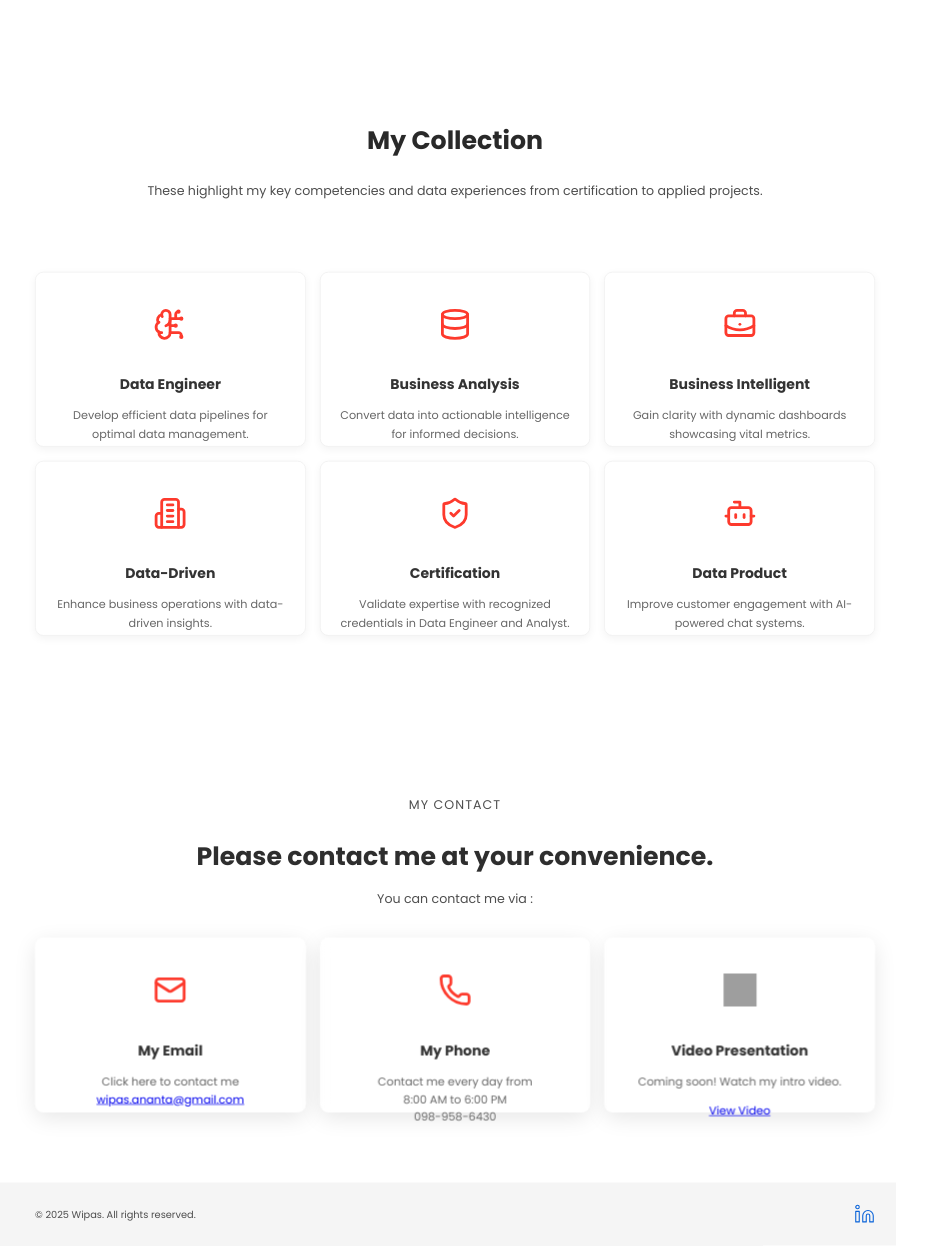
Repository: Wipas1919/Archive-portfolio
Page: index.html
The author's editor kept a copy of each file at every save. The page is drawn from the files as they stood at one save, then again after the next save.
The browser window is 1280 px wide. The page is 1328 px wide, so the pictures cover 1328 px, including what lies to the right of the window. The pictures show the part of the page from y = 1505 to 3345 px (the page is 3285 px tall before and 3345 px after), at 70% of full size.
Pictures or frames that could not be fetched are drawn as grey boxes.

Above is the page before, as saved 2025-05-26 21:28:30.

### index.html
<!-- Cleaned and updated on 2025-05-25 -->
<!DOCTYPE html>
<html lang="en">
 <head>
  <meta charset="utf-8"/>
  <meta content="width=device-width, initial-scale=1.0" name="viewport"/>
  <title>Wipas | Portfolio</title>

  <!-- SEO Meta Tags -->
  <meta name="description" content="Data-driven portfolio by Wipas Anantamongkol - showcasing skills in data engineering, analytics, and business intelligence.">
  <meta name="keywords" content="portfolio, data, analytics, business intelligence, data engineer, Wipas">
  <meta name="author" content="Wipas Anantamongkol">
  <meta name="robots" content="index, follow">
  <link rel="canonical" href="https://wipas1919.github.io/wipas-portfolio/">

  <!-- Fonts -->
  <link href="https://fonts.googleapis.com/css2?family=Poppins:wght@400;600;700&display=swap" rel="stylesheet"/>

  <!-- CSS -->
  <link href="style/main.css" rel="stylesheet"/>
  <link href="style/animations.css" rel="stylesheet"/>
  <link href="https://cdn.jsdelivr.net/npm/aos@2.3.4/dist/aos.css" rel="stylesheet"/>
  <link href="https://cdnjs.cloudflare.com/ajax/libs/animate.css/4.1.1/animate.min.css" rel="stylesheet"/>
  <link href="https://cdn.jsdelivr.net/npm/swiper@10/swiper-bundle.min.css" rel="stylesheet"/>

  <!-- Lottie -->
  <script src="https://unpkg.com/@lottiefiles/lottie-player@latest/dist/lottie-player.js"></script>

  <!-- Copy Protection Script -->
  <script>
    document.addEventListener("contextmenu", e => e.preventDefault());
    document.onkeydown = function(e) {
      if (e.key === "F12" ||
          (e.ctrlKey && e.shiftKey && (e.key === "I" || e.key === "J")) ||
          (e.ctrlKey && e.key === "U")) {
        return false;
      }
    };
    document.addEventListener("selectstart", e => e.preventDefault());
  </script>

  <!-- Google Analytics (replace G-XXXXXXX with actual ID) -->
<!-- Google tag (gtag.js) -->
  <script async src="https://www.googletagmanager.com/gtag/js?id=G-NG75M74LFD"></script>
  <script>
    window.dataLayer = window.dataLayer || [];
    function gtag(){dataLayer.push(arguments);}
    gtag('js', new Date());

    gtag('config', 'G-NG75M74LFD');
  </script>
  </head>
 <body>
  <!-- ... rest of body content remains unchanged ... -->
  <div id="page-loader">
   <div class="spinner">
   </div>
  </div>
  <!-- Navbar -->
  <!-- /* ───── HEADER SECTION ───── */ -->
  <header>
   <div class="container">
    <h1 class="logo">
     Portfolio
    </h1>
    <nav class="nav-right">
     <a href="#hero">
      Home
     </a>
     <a href="#about">
      About
     </a>
     <a href="#contact">
      Contact
     </a>
     <div class="dropdown-wrapper">
      <a class="dropbtn" href="#">
       Collection
      </a>
      <div class="dropdown-content">
       <a href="projects/data-engineer.html">
        Data Engineer
       </a>
       <a href="projects/business-analysis.html">
        Business Analysis
       </a>
       <a href="projects/bi-solutions.html">
        Business Intelligent
       </a>
       <a href="projects/strategic-data.html">
        Data-Driven
       </a>
       <a href="projects/cloud-cert.html">
        Certification
       </a>
       <a href="projects/data-integration.html">
        Data Product
       </a>
      </div>
     </div>
    </nav>
   </div>
  </header>
  <!-- Hero Section -->
  <section class="hero" id="hero">
   <div class="container hero-content">
    <div class="hero-text">
     <h2 class="rellax" data-rellax-speed="-2">
      THE SPACE FOR SHARING MY DATA PROJECTS
     </h2>
     <p class="rellax" data-rellax-speed="-1">
      Data Generalist | Portfolio Website
     </p>
     <a class="btn" href="#projects">
      View Highlights
     </a>
    </div>
    <div class="hero-animation">
     <lottie-player autoplay="" background="transparent" loop="" speed="1" src="animation_data.json" style="width: 500px; height: 500px;">
     </lottie-player>
    </div>
   </div>
  </section>
  <!-- About Section -->
  <section class="about" id="about">
   <div class="container about-grid">
    <div class="about-image" data-aos="fade-right">
     <img alt="Wipas Profile Photo" src="images/profile.jpg"/>
    </div>
    <div class="about-text" data-aos="fade-left" data-aos-delay="100">
     <h2>
      About Me
     </h2>
     <p>
      My name is Wipas Anantamongkol (Frong),
      <br/>
      a passionate person about data, insights, and creating meaningful solutions. This is a little story about my journey.
     </p>
     <div class="timeline">
      <div class="timeline-item" data-aos="fade-up" data-aos-delay="300">
       <div class="timeline-dot">
       </div>
       <div class="timeline-content">
        <h4>
         2025 - Present
        </h4>
        <p>
         Business Analytics Officer
         <br/>
         at N.C.C Management and Development (QSNCC)
        </p>
       </div>
      </div>
      <div class="timeline-item" data-aos="fade-up" data-aos-delay="400">
       <div class="timeline-dot">
       </div>
       <div class="timeline-content">
        <h4>
         2022 - 2024
        </h4>
        <p>
         Project Coordinator - Design Solutions.
         <br/>
         at stiid co. ltd
        </p>
       </div>
      </div>
      <div class="timeline-item" data-aos="fade-up" data-aos-delay="500">
       <div class="timeline-dot">
       </div>
       <div class="timeline-content">
        <h4>
         2018 - 2022
        </h4>
        <p>
         Graduated in Business Administration from
         <br/>
         King Mongkut University of Technology North Bangkok.
        </p>
       </div>
      </div>
     </div>
    </div>
   </div>
  </section>

  <!-- Projects Section -->
  <section class="projects" id="projects">
   <div class="container" data-aos="fade-up">
    <h2>My Collection</h2>
    <p class="section-description">
     These highlight my key competencies and data experiences from certification to applied projects.
    </p>

    <div class="card-grid card-grid--projects">
     <div class="card card--project" data-aos="zoom-in" data-aos-delay="100" onclick="location.href='projects/data-engineer.html'">
       <div class="card__icon">
         <img src="images/brain-circuit.svg" alt="Data Engineer Icon">
       </div>
       <h3>Data Engineer</h3>
       <p>Develop efficient data pipelines for optimal data management.</p>
     </div>
     <div class="card card--project" data-aos="zoom-in" data-aos-delay="200" onclick="location.href='projects/business-analysis.html'">
       <div class="card__icon">
         <img src="images/database.svg" alt="Business Analysis Icon">
       </div>
       <h3>Business Analysis</h3>
       <p>Convert data into actionable intelligence for informed decisions.</p>
     </div>
     <div class="card card--project" data-aos="zoom-in" data-aos-delay="300" onclick="location.href='projects/bi-solutions.html'">
       <div class="card__icon">
         <img src="images/layout-dashboard.svg" alt="Business Intelligent Icon">
       </div>
       <h3>Business Intelligent</h3>
       <p>Gain clarity with dynamic dashboards showcasing vital metrics.</p>
     </div>
     <div class="card card--project" data-aos="zoom-in" data-aos-delay="400" onclick="location.href='projects/strategic-data.html'">
       <div class="card__icon">
         <img src="images/building-2.svg" alt="Data-Driven Icon">
       </div>
       <h3>Data-Driven</h3>
       <p>Enhance business operations with data-driven insights.</p>
     </div>
     <div class="card card--project" data-aos="zoom-in" data-aos-delay="500" onclick="location.href='projects/cloud-cert.html'">
       <div class="card__icon">
         <img src="images/shield-check.svg" alt="Certification Icon">
       </div>
       <h3>Certification</h3>
       <p>Validate expertise with recognized credentials in Data Engineer and Analyst.</p>
     </div>
     <div class="card card--project" data-aos="zoom-in" data-aos-delay="600" onclick="location.href='projects/data-integration.html'">
       <div class="card__icon">
         <img src="images/bot.svg" alt="Data Product Icon">
       </div>
       <h3>Data Product</h3>
       <p>Improve customer engagement with AI-powered chat systems.</p>
     </div>
    </div>

   </div>
  </section>

  <!-- Contact Section -->
  <section class="contact" id="contact">
   <div class="container" data-aos="fade-up">
    <p class="section-subtitle">MY CONTACT</p>
    <h2 class="section-title">Please contact me at your convenience.</h2>
    <p class="section-description">You can contact me via :</p>

    <div class="card-grid card-grid--contact">
     <div class="card card--glass" data-aos="zoom-in" data-aos-delay="100">
       <div class="card__icon">
         <img src="images/mail.svg" alt="Email Icon">
       </div>
       <h3>My Email</h3>
       <p>
        Click here to contact me<br/>
        <a href="mailto:wipas.ananta@gmail.com">wipas.ananta@gmail.com</a>
       </p>
     </div>
     <div class="card card--glass" data-aos="zoom-in" data-aos-delay="200">
       <div class="card__icon">
         <img src="images/phone.svg" alt="Phone Icon">
       </div>
       <h3>My Phone</h3>
       <p>
        Contact me every day from<br/>
        8:00 AM to 6:00 PM<br/>
        098-958-6430
       </p>
     </div>
     <div class="card card--glass" data-aos="zoom-in" data-aos-delay="300">
       <div class="card__icon">
         <img src="images/video.svg" alt="Video Icon">
       </div>
       <h3>Video Presentation</h3>
       <p>Coming soon! Watch my intro video.</p>
       <p><a href="#" target="_blank">View Video</a></p>
     </div>
    </div>

   </div>
  </section>

  <!-- Footer -->
  <!-- /* ───── FOOTER SECTION ───── */ -->
  <footer>
   <div class="container footer-container">
    <p>
     © 2025 Wipas. All rights reserved.
    </p>
    <div class="social-links">
     <a href="https://www.linkedin.com/" target="_blank">
      <img alt="LinkedIn" src="images/linkedin.svg"/>
     </a>
    </div>
   </div>
  </footer>
  <!-- Scripts -->
  <script src="https://unpkg.com/aos@next/dist/aos.js">
  </script>
  <script>
   AOS.init({
      duration: 1000,
      once: true,
      easing: 'ease-in-out',
    });
  </script>
  <script defer="" src="scripts/main.js">
  </script>
 </body>
</html>

### style/main.css
/* ตั้งค่าพื้นฐาน */
body {
  margin: 0;
  font-family: 'Poppins', sans-serif;
  background: #fff;
  color: #222;
  line-height: 1.6;
  scroll-behavior: smooth;
  user-select: none;
  -webkit-user-select: none;
  -ms-user-select: none;
}

img {
  max-width: 100%;
  height: auto;
  display: block;
}

.container {
  width: 100%;
  max-width: 1200px;
  margin: 0 auto;
  padding: 0 50px; /* เพิ่ม padding ด้านข้าง */
}

@media screen and (max-width: 767px) {
  .container { padding: 0 16px; }
  .hero h2 { font-size: 36px; }
  .hero p { font-size: 18px; }
  .card-grid { grid-template-columns: 1fr; }
  nav a { font-size: 14px; }
  .hero-content { flex-direction: column; }
  .about-image img { width: 100%; }
}

@media screen and (min-width: 768px) and (max-width: 1024px) {
  .hero h2 { font-size: 48px; }
  .card-grid { grid-template-columns: repeat(2, 1fr); }
}

@media screen and (max-width: 480px) {
  h2, .section-title { font-size: 28px; }
  .hero h2 { font-size: 28px; }
  .hero p, .section-description, .about-text p, .card p { font-size: 16px; }
  .btn { padding: 10px 20px; font-size: 16px; }
}

/* Navbar */
header {
  background: #fff;
  padding: 5px 0;
  display: flex;
  justify-content: space-between;
  align-items: center;
  border-bottom: 0px solid #eee;
  position: sticky;
  top: 0;
  z-index: 100;
}

header .container {
  display: flex;
  align-items: center;
  justify-content: space-between;
}

.logo {
  font-family: 'Poppins', serif;
  font-size: 30px;
  color: #fc5246;
}

nav a {
  margin: 0 15px;
  color: #333;
  text-decoration: none;
  font-weight: 600;
  font-size: 18px;
}

nav a:hover {
  color: #fd3a2d;
}

/* ปุ่มหลักของเมนู dropdown */
.dropdown-wrapper {
  position: relative;
  display: inline-block;
}

.dropbtn {
  font-weight: 600;
  cursor: pointer;
  color: #222;
  transition: color 0.3s ease;
}

.dropbtn:hover {
  color: #fd3a2d;
}

/* เมนูที่แสดงเมื่อ hover */
.dropdown-content {
  display: none;
  position: absolute;
  top: 100%;
  right: 0;
  background-color: #ffffff;
  min-width: 220px;
  border-radius: 12px;
  box-shadow: 0 10px 25px rgba(0, 0, 0, 0.08);
  overflow: hidden;
  padding: 10px 0;
  z-index: 999;
}

/* แสดงเมื่อ hover */
.dropdown-wrapper:hover .dropdown-content {
  display: block;
}

/* ลิงก์ใน dropdown */
.dropdown-content a {
  display: block;
  padding: 12px 20px;
  color: #222;
  text-decoration: none;
  font-size: 15px;
  transition: background-color 0.2s ease, color 0.2s ease;
}

/* Hover effect ของลิงก์ */
.dropdown-content a:hover {
  background-color: #eaeaea;
  color: #fd3a2d;
}

.hero-animation {
  margin-top: 10px;
  display: flex;
  justify-content: right;
}

/* Hero Section */
.hero {
  position: relative;
  height: 60vh;
  display: flex;
  align-items: center;
  justify-content: center;
  flex-direction: column;
  text-align: center;
  background: #eaeaea;
  color: #000000;
}

#hero-background {
  position: absolute;
  top: 0;
  left: 0;
  width: 100%;
  height: 100%;
  z-index: 0;
}

.hero-content {
  position: relative;
  z-index: 1;
  width: 100%;
  max-width: 1200px;
  padding-left: 5vw;
  padding-right: 5vw;
  text-align: left;
  align-items: flex-start;
}

.hero h2 {
  font-size: 60px;
  margin-bottom: 10px;
  line-height: 1.2;
}

.hero p {
  font-size: 30px;
  margin-bottom: 30px;
  color: #1d1d1d;
}

.btn, .hero .btn {
  display: inline-block;
  background: #fd3a2d;
  color: #fff;
  padding: 14px 36px;
  border-radius: 30px;
  text-decoration: none;
  font-weight: bold;
  font-size: 18px;
  transition: background 0.3s;
}

.btn:hover, .hero .btn:hover {
  background: #252525;
}

/* Sections */
section {
  padding: 100px 0;
  text-align: center;
}

/* About Section */
.about-grid {
  display: flex;
  align-items: center;
  justify-content: center;
  gap: 50px;
  flex-wrap: wrap;
}

.about-image img {
  width: 500px;
  height: auto;
  object-fit: cover;
  border-top-left-radius: 0;
  border-top-right-radius: 0;
  border-bottom-left-radius: 200px;
  border-bottom-right-radius: 200px;
}

.about-text {
  max-width: 500px;
  text-align: left;
}

.about-text h2 {
  margin-bottom: 20px;
}

.about-text p {
  font-size: 18px;
  color: #666;
}

/* Timeline */
.timeline-item {
  position: relative;
  margin-bottom: 30px;
}

.timeline-dot {
  width: 14px;
  height: 14px;
  background-color: #fd3a2d;
  border-radius: 50%;
  position: absolute;
  left: -8px;
  top: 0;
}

.timeline-content {
  margin-left: 20px;
}

.timeline-content h4 {
  margin: 0;
  font-size: 18px;
  color: #333;
  font-weight: 600;
}

.timeline-content p {
  margin: 5px 0 0;
  font-size: 16px;
  color: #666;
}

/* Projects Section */
#projects {
  margin-bottom: 10px;
}

.card-grid {
  display: grid;
  grid-template-columns: repeat(3, 1fr); /* สำคัญ: 3 คอลัมน์ */
  gap: 20px;
  margin-top: 100px;
}


.card {
  background: #ffffff;
  padding: 30px;
  border-radius: 12px;
  max-height: 200px;
  text-align: center;
  transition: box-shadow 0.3s;
  border: 1px solid #eee;
}

.card:hover {
  box-shadow: 0 8px 20px rgba(0, 0, 0, 0.1);
}

.card-icon img {
  width: 40px;
  height: 40px;
  margin-bottom: 20px;
}

.card h3 {
  font-size: 20px;
  margin-bottom: 15px;
  color: #333;
}

.card p {
  font-size: 16px;
  color: #666;
}

/* Contact Section */
.contact {
  background: rgba(255, 255, 255, 0.5); /* 1 = โปร่งแสง 50% */
  text-align: center;
}

.section-subtitle {
  text-transform: uppercase;
  font-size: 18px;
  letter-spacing: 1.5px;
  color: #4e4e4e;
  margin-bottom: 10px;
}

h2 {
  font-size: 36px;
  color: #292929
}


.section-title {
  font-size: 36px;
  margin-bottom: 10px;
  color: #2e2e2e;
}

.section-description {
  font-size: 18px;
  margin-bottom: 40px;
  color: #4e4e4e;
}

.contact-grid {
  display: grid;
  grid-template-columns: repeat(auto-fit, minmax(280px, 1fr));
  gap: 20px;
  margin-top: 40px;
}

.contact-card.glass {
  background: rgba(255, 255, 255, 0.15);
  backdrop-filter: blur(12px);
  -webkit-backdrop-filter: blur(12px);
  border-radius: 20px;
  padding: 24px;
  border: 1px solid rgba(255, 255, 255, 0.3);
  box-shadow: 0 8px 32px rgba(0, 0, 0, 0.1);
  transition: transform 0.3s ease, box-shadow 0.3s ease;
  text-align: center;
}

.contact-card.glass:hover {
  transform: scale(1.05);
  box-shadow: 0 12px 28px rgba(0, 0, 0, 0.15);
}

.contact-icon {
  display: flex;
  flex-direction: column;
  align-items: center;
  justify-content: center; /* 🔥 เพิ่มบรรทัดนี้เพื่อจัดไอคอนแนวดิ่ง */
  height: 100px; /* ✅ ปรับความสูงให้เหมาะสม */
  margin-bottom: 12px;
}


.contact-icon img {
  width: 48px;
  height: 48px;
  margin-bottom: 12px;
  transition: transform 0.3s ease;
}

.contact-card.glass:hover .contact-icon img {
  transform: scale(1.15);
}

/* Footer */
footer {
  background: #f5f5f5;
  padding: 20px 0;
  font-size: 14px;
  color: #4d4d4d;
}

.footer-container {
  display: flex;
  justify-content: space-between;
  align-items: center;
  flex-wrap: wrap;
}

.social-links {
  display: flex;
  gap: 20px;
}

.social-links a img {
  width: 30px;
  height: 30px;
  transition: transform 0.3s ease;
}

.social-links a img:hover {
  transform: scale(1.2);
}

#hero-background {
  position: absolute;
  top: 0;
  left: 0;
  height: 100%;
  width: 100%;
  z-index: 0;
  overflow: hidden;
}
.hero-content {
  position: relative;
  z-index: 1;
}

/* animation-data */
.hero-content {
  display: flex;
  justify-content: space-between;
  align-items: center;
  flex-wrap: wrap;
  gap: 40px;
}

.hero-text {
  flex: 1 1 55%;
}

.hero-animation {
  flex: 1 1 40%;
  display: flex;
  justify-content: center;
  align-items: center;
}

/* ===== Page Loader & Smooth Scroll ===== */
html{scroll-behavior:smooth;}

#page-loader{
  position:fixed;inset:0;display:grid;place-items:center;
  background:#ffffff;z-index:9999;opacity:1;
  transition:opacity .0.5s ease;
}
#page-loader .spinner{
  width:32px;height:32px;border:4px solid #e5e5e5;
  border-top-color:#ff694b;border-radius:50%;
  animation:spin .8s linear infinite;
}
@keyframes spin{to{transform:rotate(360deg)}}

body.loaded #page-loader{opacity:0;pointer-events:none;}
body.fade-out{opacity:0;transition:opacity .0.5s ease;}

@keyframes hideLoaderFallback{to{opacity:0;pointer-events:none;}}
#page-loader{animation:hideLoaderFallback 0.5s forwards 0.5s;}



/* ====  Reusable Card Component  ================================== */
.card {
  background: #ffffff;
  border: 1px solid #eee;
  border-radius: 12px;
  padding: 24px;
  text-align: center;
  box-shadow: 0 4px 12px rgba(0,0,0,.05);
  transition: transform .3s ease, box-shadow .3s ease;
}
.card:hover {
  transform: translateY(-6px);
  box-shadow: 0 12px 25px rgba(0,0,0,.1);
}

.card__icon{
  display:flex;
  flex-direction:column;
  align-items:center;
  justify-content:center;
  height:100px;
  margin-bottom:12px;
}
.card__icon img{
  width:48px;
  height:48px;
  transition: transform .3s ease;
}
.card:hover .card__icon img{
  transform:scale(1.15);
}

/* Variant – project card (clickable) */
.card--project{cursor:pointer;}

/* Variant – glassmorphism contact card */
.card--glass{
  background: rgba(255,255,255,.15);
  backdrop-filter: blur(12px);
  -webkit-backdrop-filter: blur(12px);
  border: 1px solid rgba(255,255,255,.3);
  box-shadow: 0 8px 32px rgba(0,0,0,.1);
}

/* Grids */

.card-grid--contact{
  display:grid;
  grid-template-columns: repeat(auto-fit,minmax(280px,1fr));
  gap:20px;
  margin-top:40px;
}

/* Remove legacy duplicate styles */
.contact-card, .contact-card.glass, .glass-card{
}/* project */

.project-blog {
  max-width: 800px;
  margin: 80px auto;
  padding: 0 20px;
  font-family: 'Inter', sans-serif;
}

.project-blog h1 {
  font-size: 36px;
  font-weight: 700;
  margin-bottom: 20px;
  text-align: center;
  color: #222;
}

.project-blog .tag {
  display: inline-block;
  background: #f0f0f0;
  color: #333;
  padding: 6px 12px;
  margin: 0 8px 20px 0;
  border-radius: 20px;
  font-size: 14px;
}

.project-blog p {
  font-size: 18px;
  color: #444;
  line-height: 1.7;
  margin-bottom: 24px;
}

.project-blog img {
  width: 100%;
  border-radius: 10px;
  margin: 30px 0;
  box-shadow: 0 8px 30px rgba(0,0,0,0.08);
}

/* button */
.back-float-btn {
  position: fixed;
  bottom: 30px;
  left: 50%;
  transform: translateX(-50%);
  background-color: #fc5246;
  color: white;
  padding: 10px 24px;
  font-size: 14px;
  border-radius: 30px;
  box-shadow: 0 4px 16px rgba(0, 0, 0, 0.1);
  cursor: pointer;
  z-index: 9999;
  text-align: center;
  font-family: 'Inter', sans-serif;
  transition: background 0.3s ease;
  width: auto;       /* ปรับให้ขนาดพอดีกับเนื้อหา */
  max-width: 200px;  /* จำกัดไม่ให้ปุ่มกว้างเกินไป */
}

.back-float-btn:hover {
  background-color: #e6483c;
}

@media (max-width: 768px) {
  .back-float-btn {
    padding: 9px 18px;
    font-size: 13px;
    bottom: 20px;
  }
/* ===== FINAL OVERRIDE ===== */
.contact-card a {
  color: inherit !important;
  text-decoration: none !important;
}

.contact-card a:visited {
  color: inherit !important;
  text-decoration: none !important;
}

.contact-card a:hover,
.contact-card a:focus,
.contact-card a:active {
  color: inherit !important;
  text-decoration: none !important;
}

/* ===== Card grid (Projects) enforce 3-column on desktop ===== */
@media (min-width: 1024px){
  .card-grid--projects{
    grid-template-columns: repeat(3, 1fr);
  }
}
/* 2 columns on tablets */
@media (min-width: 640px) and (max-width: 1023px){
  .card-grid--projects{
    grid-template-columns: repeat(2, 1fr);
  }
}
/* 1 column on small screens (default) */
}

/* ===== DESKTOP-ONLY MODE (CSS BLOCK) =====
   Hide entire site below 1024px width and show full-screen notice
--------------------------------------------------------------- */
@media (hover: none) and (pointer: coarse){
  /* Hide all real content */
  body > * { display: none !important; }

  /* Full-screen notice */
  body::before{
    content: "This site is designed for desktop browsers only.\A Please visit on a larger screen.";
    white-space: pre-line;
    position: fixed;
    inset: 0;
    background: #ffffff;
    color: #000000;
    padding: 40px 24px;
    display: flex;
    align-items: center;
    justify-content: center;
    font-family: "Poppins", sans-serif;
    font-size: 18px;
    line-height: 1.4;
    text-align: center;
    z-index: 99999;
  }

  /* Prevent horizontal scroll */
  html, body{ overflow: hidden; }
}

Loaded but not shown: animation_data.json (1 lines, source omitted); scripts/main.js (34 lines, source omitted); style/animations.css (no stored copy; drawn as an empty file)

After the next save:
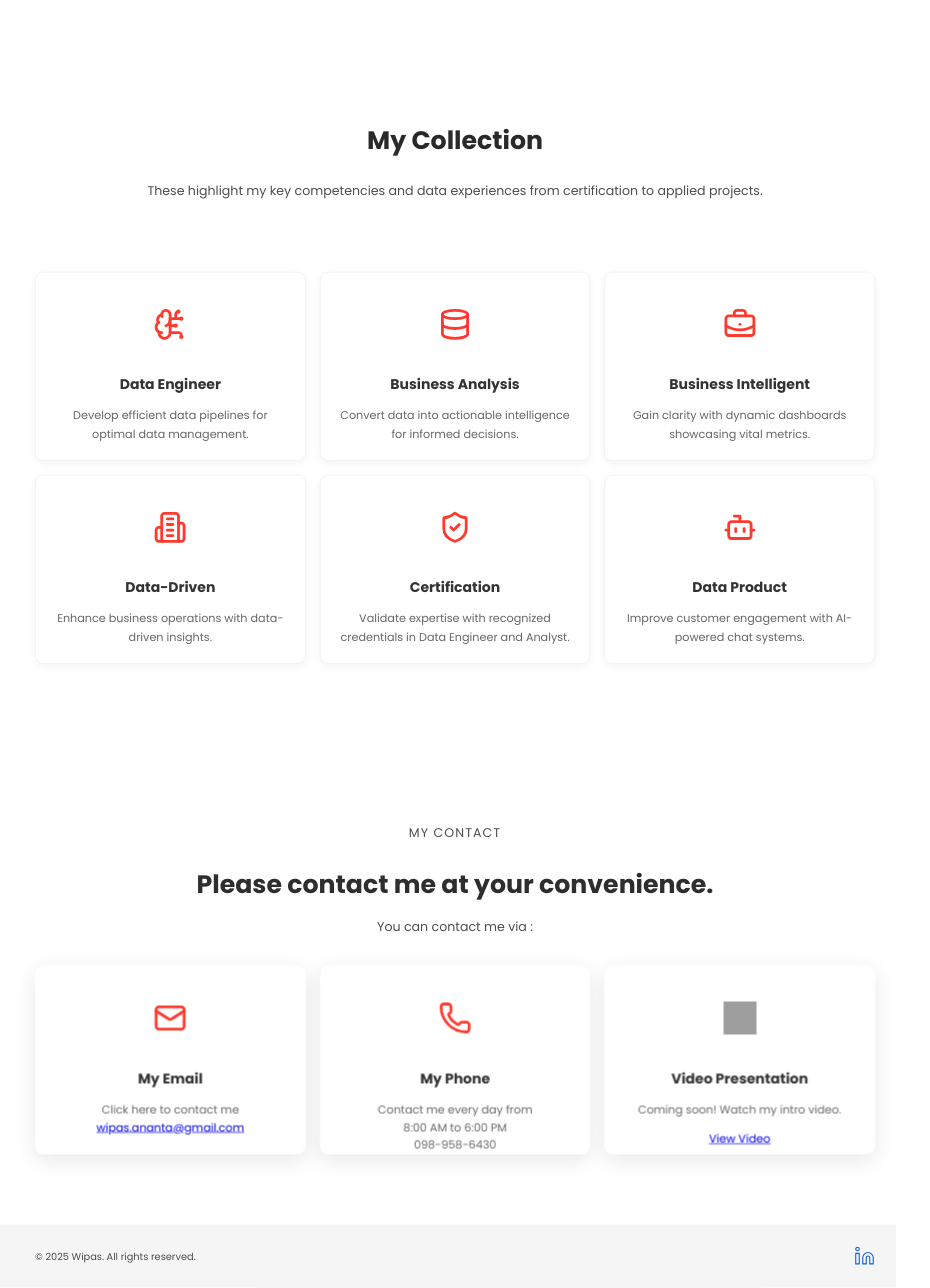
Saved 7 s later.
--- a/style/main.css
+++ b/style/main.css
@@ -292,7 +292,7 @@ section {
   background: #ffffff;
   padding: 30px;
   border-radius: 12px;
-  max-height: 200px;
+  max-height: 220px;
   text-align: center;
   transition: box-shadow 0.3s;
   border: 1px solid #eee;
